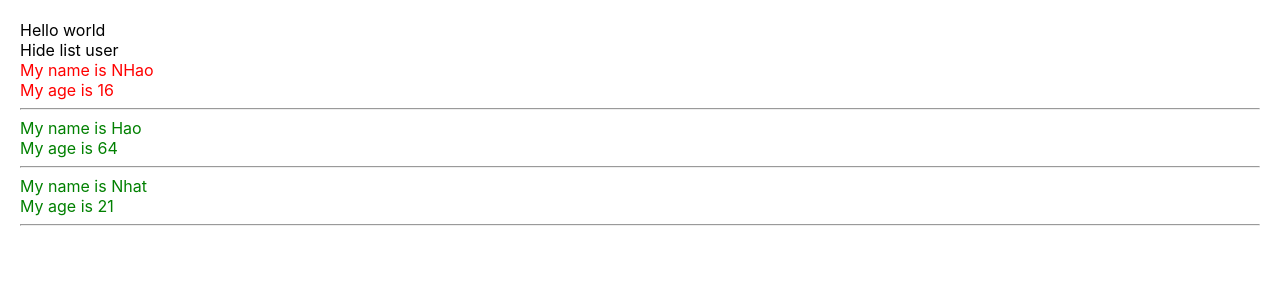
Repository: haonguyen09/reactProject
Page: /
The author's editor kept a copy of each file at every save. The page is drawn from the files as they stood at one save, then again after the next save.
The browser window is 1280 px wide. The pictures show the whole page.
The project was rebuilt for these pictures with package versions that can differ from the ones it lists, and the page was loaded fresh each time.

Above is the page before, as saved 2023-08-02 21:06:35.

After the next save:
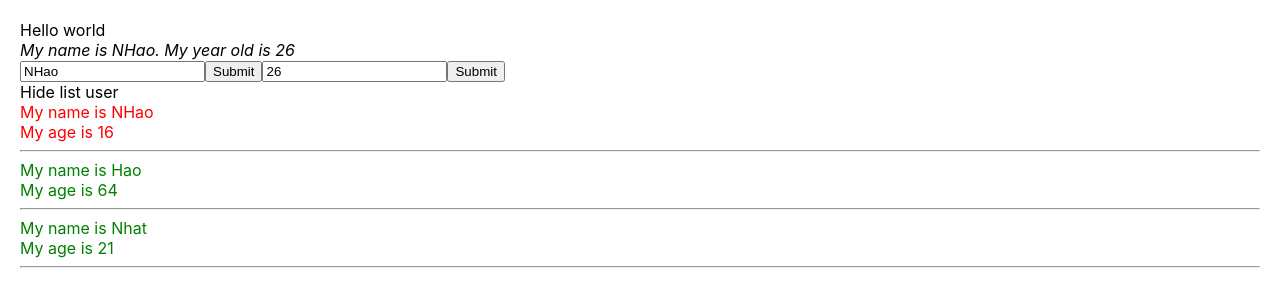
Saved 30 s later.
--- a/src/components/MyComponent.js
+++ b/src/components/MyComponent.js
@@ -16,7 +16,7 @@ class MyComponent extends React.Component {
     render() {
         return (
             <div>
-                {/* <Info /> */}
+                <AddUserInfo />
                 <MyInfo listUsers={this.state.listUsers} />
             </div>
             );
